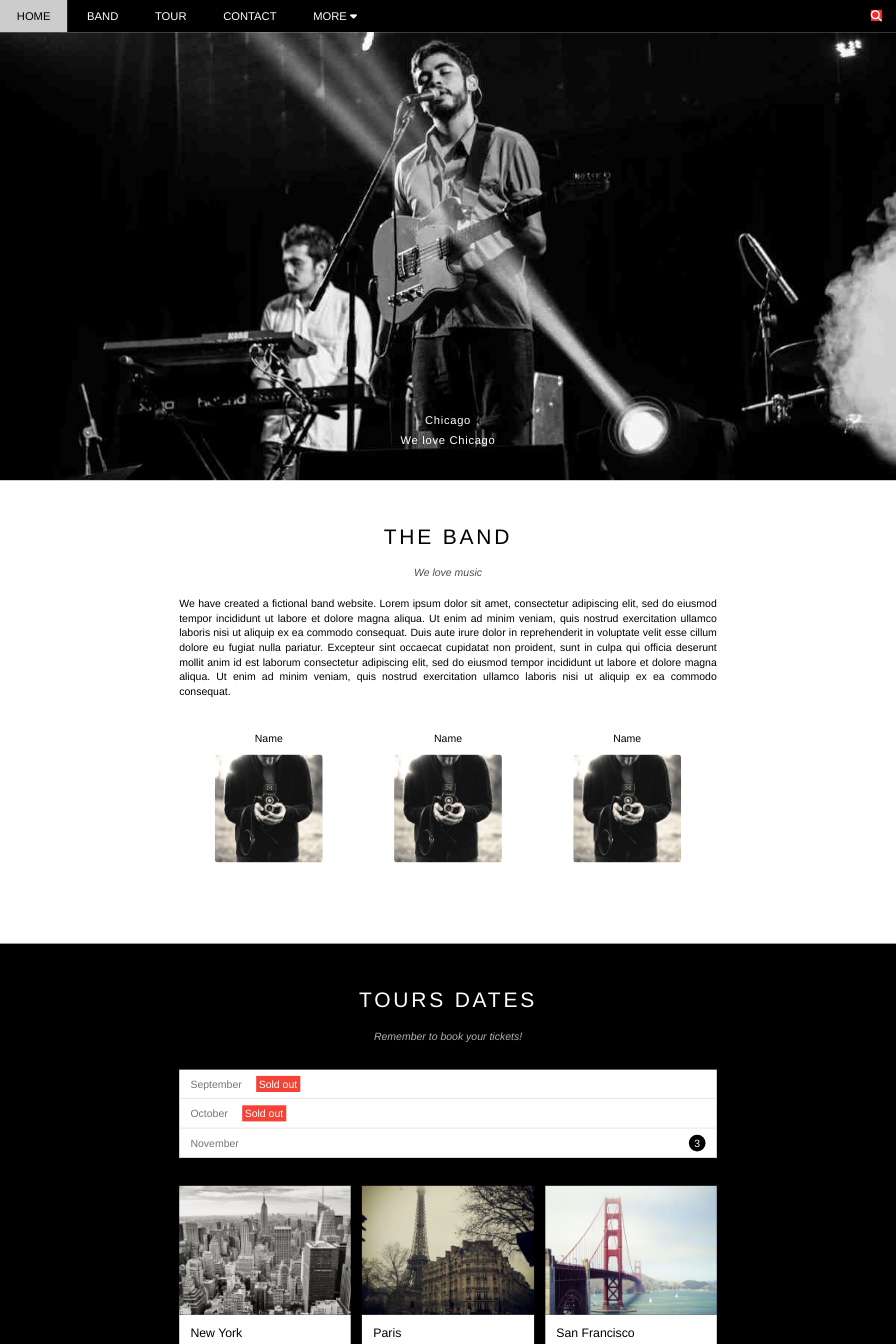
Repository: NguyenMinhChau/Theband
Page: index.html
An editor plug-in stored every save of this project. The page is shown before and after the next save, followed by the edit.
The browser window is 1280 px wide. The pictures show the part of the page from y = 0 to 1920 px (the page is 3321 px tall), at 70% of full size.
The pointer rests on the first visible `#header .header-icon-search`.
Some web libraries are served in a nearby version.

Above is the page before, as saved 2021-10-24 09:35:01.

After the next save:
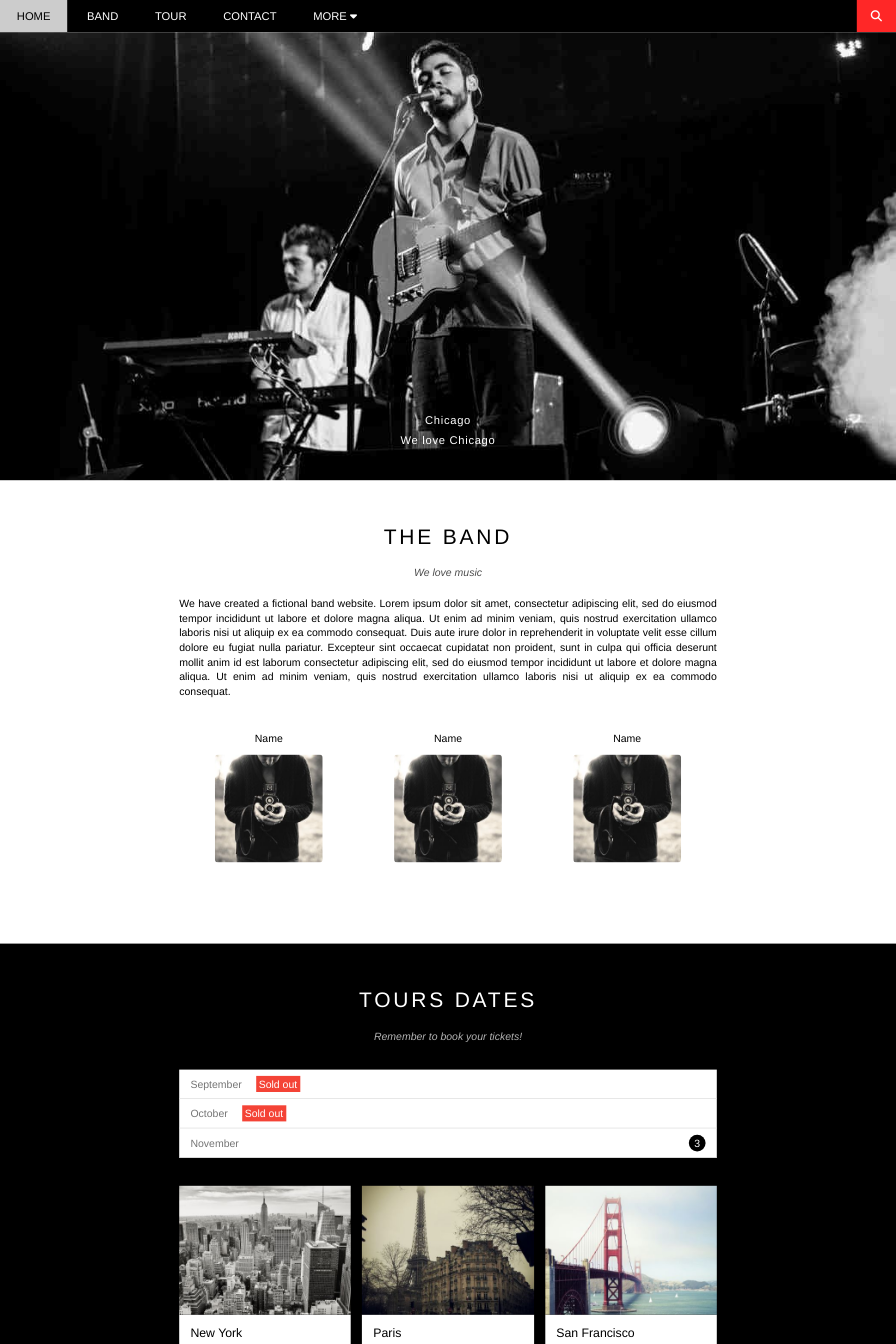
Saved 12 s later.
--- a/assets/css/style.css
+++ b/assets/css/style.css
@@ -138,7 +138,7 @@
     text-decoration: none;
 }
 
-#header .header-icon-search:hover{
+#header .icon-search:hover{
     background-color: rgb(255, 39, 39);
     cursor: pointer;
 }
